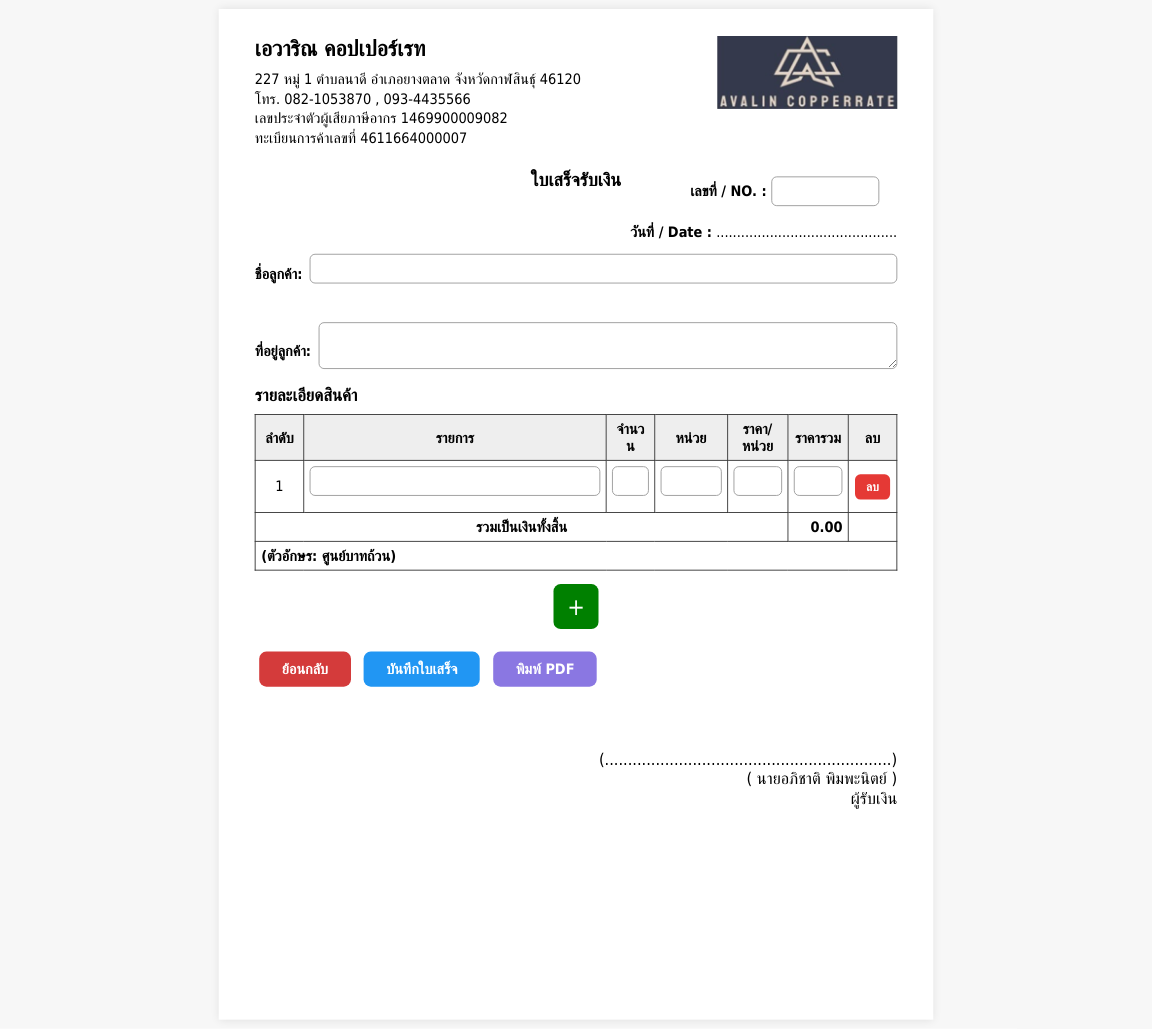
Repository: Hermesmercury88/shop_it
Page: quotation.html
An editor plug-in stored every save of this project. The page is shown before and after a run of saves, followed by the edit.
The browser window is 1280 px wide. The pictures show the whole page, at 90% of full size.
Some web fonts or font styles are not loaded; a fallback is used.

Above is the page before, as saved 2025-09-21 10:29:23.

### quotation.html
<!DOCTYPE html>
<html lang="th">
<head>
<meta charset="UTF-8">
<title>ใบเสร็จรับเงิน</title>
<link href="css/quotation.css" rel="stylesheet">
<style>
/* ตาราง */
table { border-collapse: collapse; width: 100%; }
table, th, td { border: 1px solid #000; }
th, td { padding: 5px; text-align: center; }
tfoot td { font-weight: bold; }

/* ปุ่ม */
.add-btn, .remove-btn { cursor: pointer; }

/* ปรับแถวรวม */
tfoot .total-row td { border-top: 1px solid #000; }
tfoot .total-row td:first-child { border-right: 1px solid #000; }
</style>
</head>
<body>
<div class="container" id="receiptContent">

    <!-- ส่วนหัว -->
    <div class="header-info">
        <div class="company">
            <h2>เอวาริณ คอปเปอร์เรท</h2>
            <p>227 หมู่ 1 ตำบลนาดี อำเภอยางตลาด จังหวัดกาฬสินธุ์ 46120</p>
            <p>โทร. 082-1053870 , 093-4435566</p>
            <p>เลขประจำตัวผู้เสียภาษีอากร 1469900009082</p>
            <p>ทะเบียนการค้าเลขที่ 4611664000007</p>
        </div>
        <div class="logo">
            <img src="./pic/logo.png" alt="logo">
        </div>
    </div>

    <!-- ฟอร์ม -->
    <form action="http://localhost/shop/save.php" method="post" id="receiptForm">

        <div class="doc-title">
            <h2>ใบเสร็จรับเงิน</h2>
            <div class="doc-info">
                <label>เลขที่ / NO. : <input type="text" name="order_no" required></label>
                <span><b>วันที่ / Date :</b> ............................................</span>
            </div>
        </div>

        <div class="customer-info">
            <label>ชื่อลูกค้า: <input type="text" name="customer_name" required></label><br>
            <label>ที่อยู่ลูกค้า: <textarea name="customer_address" rows="2" required></textarea></label>
        </div>

        <h3>รายละเอียดสินค้า</h3>
        <table id="itemsTable">
            <thead>
                <tr>
                    <th>ลำดับ</th>
                    <th>รายการ</th>
                    <th>จำนวน</th>
                    <th>หน่วย</th>
                    <th>ราคา/หน่วย</th>
                    <th>ราคารวม</th>
                    <th>ลบ</th>
                </tr>
            </thead>
            <tbody>
                <tr>
                    <td>1</td>
                    <td><input type="text" name="item_name[]"></td>
                    <td><input type="number" name="qty[]" class="qty"></td>
                    <td><input type="text" name="unit[]"></td>
                    <td><input type="number" name="price[]" class="price"></td>
                    <td><input type="text" name="total[]" class="total" readonly></td>
                    <td><button type="button" class="remove-btn">ลบ</button></td>
                </tr>
            </tbody>
            <tfoot>
                <!-- รวมเป็นเงินทั้งสิ้น -->
                 <tr>
                    <td colspan="5" style="text-align:center;font-weight:bold;">รวมเป็นเงินทั้งสิ้น</td>
                    <td style="text-align:right;font-weight:bold;">
                        <span id="grandTotalDisplay">0.00</span>
                    </td>
                    <td></td>
                </tr>
                <!-- ตัวอักษร -->
                 <tr>
                    <td colspan="7" style="text-align:left;font-weight:bold;">
                        (ตัวอักษร: <span id="thaiTextDisplay">ศูนย์บาทถ้วน</span>)
                    </td>
                </tr>
            </tfoot>
        </table>

        <input type="hidden" name="grand_total" id="grand_total_input">

        <button type="button" class="add-btn">+</button>
        <button type="button" class="button btn-back" onclick="window.location.href='index.html'">ย้อนกลับ</button>
        <button type="submit" class="button btn-save">บันทึกใบเสร็จ</button>
        <button type="button" class="button btn-print" onclick="printPDF()">พิมพ์ PDF</button>
    </form>

    <div class="signature">
        <p>(..............................................................)<br>( นายอภิชาติ พิมพะนิตย์ )<br>ผู้รับเงิน</p>
    </div>
</div>

<script>
// แปลงตัวเลขเป็นภาษาไทย
function numberToThaiText(number) {
    const txtnum = ["ศูนย์","หนึ่ง","สอง","สาม","สี่","ห้า","หก","เจ็ด","แปด","เก้า"];
    const txtdigit = ["","สิบ","ร้อย","พัน","หมื่น","แสน","ล้าน"];
    if(number === 0) return "ศูนย์บาทถ้วน";
    let bahtText = "";
    let numStr = number.toFixed(2).toString();
    let [intPart, decPart] = numStr.split(".");
    let intLen = intPart.length;

    for(let i=0; i<intLen; i++){
        let n = parseInt(intPart.charAt(i));
        let pos = intLen - i - 1;
        if(n!==0){
            if(pos==1 && n==1) bahtText += "สิบ";
            else if(pos==1 && n==2) bahtText += "ยี่สิบ";
            else if(pos==0 && n==1 && intLen>1) bahtText += "เอ็ด";
            else bahtText += txtnum[n] + (pos>0?txtdigit[pos]:"");
        }
    }
    bahtText += "บาท";
    if(decPart=="00") bahtText += "ถ้วน";
    else {
        let d1 = parseInt(decPart.charAt(0));
        let d2 = parseInt(decPart.charAt(1));
        if(d1!=0){
            if(d1==1) bahtText += "สิบ";
            else if(d1==2) bahtText += "ยี่สิบ";
            else bahtText += txtnum[d1]+"สิบ";
        }
        if(d2!=0){
            if(d2==1) bahtText += "เอ็ดสตางค์";
            else bahtText += txtnum[d2]+"สตางค์";
        }
    }
    return bahtText;
}

// คำนวณราคารวม
function calculateTotals() {
    let qtys = document.querySelectorAll(".qty");
    let prices = document.querySelectorAll(".price");
    let totals = document.querySelectorAll(".total");
    let grandTotal = 0;

    qtys.forEach((qty, i) => {
        let q = parseFloat(qty.value) || 0;
        let p = parseFloat(prices[i].value) || 0;
        let sum = q * p;
        totals[i].value = sum.toFixed(2);
        grandTotal += sum;
    });

    // แสดงผลรวม
    document.getElementById("grandTotalDisplay").innerText = grandTotal.toFixed(2);
    document.getElementById("grand_total_input").value = grandTotal.toFixed(2);

    // แสดงตัวอักษร
    document.getElementById("thaiTextDisplay").innerText = numberToThaiText(grandTotal);
}

// event คำนวณอัตโนมัติ
document.addEventListener("input", function(e){
    if(e.target.classList.contains("qty") || e.target.classList.contains("price")){
        calculateTotals();
    }
});

// เพิ่มแถวสินค้า
document.querySelector(".add-btn").addEventListener("click", function(){
    let table = document.getElementById("itemsTable").getElementsByTagName("tbody")[0];
    let rowCount = table.rows.length;
    let row = table.insertRow();
    row.innerHTML = `
        <td>${rowCount+1}</td>
        <td><input type="text" name="item_name[]"></td>
        <td><input type="number" name="qty[]" class="qty"></td>
        <td><input type="text" name="unit[]"></td>
        <td><input type="number" name="price[]" class="price"></td>
        <td><input type="text" name="total[]" class="total" readonly></td>
        <td><button type="button" class="remove-btn">ลบ</button></td>
    `;
});

// ลบแถวสินค้า
document.getElementById("itemsTable").addEventListener("click", function(e){
    if(e.target.classList.contains("remove-btn")){
        let row = e.target.closest("tr");
        row.parentNode.removeChild(row);
        calculateTotals();
        let rows = document.querySelectorAll("#itemsTable tbody tr");
        rows.forEach((r, i) => r.cells[0].innerText = i+1);
    }
});

// ปุ่มพิมพ์ PDF
function printPDF() {
    window.print();
}
</script>
</body>
</html>

### css/quotation.css
@font-face {
    font-family: "TH SarabunPSK";
    src: url("./fonts/THSarabunPSK.woff2") format("woff2"),
         url("./fonts/THSarabunPSK.woff") format("woff"),
         url("./fonts/THSarabunPSK.ttf") format("truetype");
    font-weight: normal;
    font-style: normal;
}

/* รีเซ็ต */
* {
    margin: 0;
    padding: 0;
    box-sizing: border-box;
    font-family: "TH SarabunPSK", Tahoma, sans-serif;
}

body {
    background: #f7f7f7;
    padding: 10px;
    display: flex;
    justify-content: center;
}

.container {
    background: #fff;
    width: 210mm;       /* กำหนดตรง A4 */
    min-height: 297mm;  /* ความสูง A4 */
    padding: 30px 40px;
    box-shadow: 0 0 10px rgba(0,0,0,0.1);
}

/* ส่วนหัว */
.header-info {
    display: flex;
    justify-content: space-between;
    margin-bottom: 22px;
}

.company {
    width: 65%;
    text-align: left;
}

.company h1 {
    font-size: 30px;
    margin-bottom: 10px;
}

.company h2 {
    font-size: 24px;
    margin-bottom: 10px;
}

.company p {
    font-size: 16px;
    margin: 3px 0;
}

.logo {
    text-align: left;
    margin-bottom: 20px;
}

.logo img {
    width: 200px;
    height: auto;
    display: block;
}

/* หัวใบเสร็จ */
.doc-title {
    text-align: center;
    margin: 20px 0 70px;
    position: relative;
}

.doc-title h2 {
    font-size: 20px;
    font-weight: bold;
}

.doc-info {
    position: absolute;
    right: 0;
    top: 0;
    font-size: 20px;
    text-align: right;
}

.doc-info span {
    display: block;
    margin: 3px 0;
}

.doc-info label,
.doc-info span {
    font-size: 16px;
}

/* เลขที่/NO ให้อยู่บรรทัดเดียวกับ input */
.doc-info label {
  display: inline-block;
  font-weight: bold;
  margin-right: 20px;
}

.doc-info input[type="text"] {
  width: 120px;
  display: inline-block;
}

/* ลูกค้าและที่อยู่ต่อท้าย label */
.customer-info label {
  display: flex;
  align-items: center;
  margin: 6px 0;
  font-weight: bold;
}

.customer-info input,
.customer-info textarea {
  margin-left: 8px;
  flex: 1;
}

/* รวมเป็นเงินทั้งสิ้น */
tfoot td {
  border: 1px solid #333;
}


/* ฟอร์ม */
label {
  font-size: 16px;
  font-weight: bold;
  display: block;
  margin: 8px 0 4px;
}

input[type="text"], textarea, input[type="number"] {
  font-size: 16px;
  padding: 6px;
  border: 1px solid #999;
  border-radius: 6px;
  width: 100%;
  margin-bottom: 12px;
}

/* ตาราง */
table {
  width: 100%;
  border-collapse: collapse;
  margin-top: 10px;
  table-layout: fixed; /* ใช้ความกว้างตามที่กำหนด */
}

table th, table td {
  border: 1px solid #333;
  padding: 6px;
  text-align: center;
  word-wrap: break-word; /* ตัดบรรทัดอัตโนมัติ */
}

table th {
  background: #eee;
  font-weight: bold;
}

/* กำหนดสัดส่วนคอลัมน์ */
table th:nth-child(1), table td:nth-child(1) { width: 8%; }   /* ลำดับ */
table th:nth-child(2), table td:nth-child(2) { width: 50%; }  /* รายการ (กว้างสุด) */
table th:nth-child(3), table td:nth-child(3) { width: 8%; }  /* จำนวน */
table th:nth-child(4), table td:nth-child(4) { width: 12%; }  /* หน่วย */
table th:nth-child(5), table td:nth-child(5) { width: 10%; }  /* ราคา/หน่วย */
table th:nth-child(6), table td:nth-child(6) { width: 10%; }  /* ราคารวม */
table th:nth-child(7), table td:nth-child(7) { width: 8%; }  /* ลบ */

/* ปุ่ม */
.button {
  display: inline-block;
  font-size: 16px;
  font-weight: bold;
  padding: 10px 25px;
  margin: 10px 5px;
  border: none;
  border-radius: 8px;
  cursor: pointer;
  color: white;
}

.btn-back { background: #d43b3b; }
.btn-save { background: #2196F3; }
.btn-print { background: #8a77e2; }

.add-btn {
  display: block;
  margin: 15px auto;
  width: 50px;
  height: 50px;
  font-size: 26px;
  background: green;
  color: white;
  border: none;
  border-radius: 8px;
  cursor: pointer;
}

/* ปุ่มลบ */
.remove-btn {
  background-color: #e53935;
  color: white;
  border: none;
  padding: 6px 12px;
  border-radius: 6px;
  cursor: pointer;
  font-weight: bold;
}

.remove-btn:hover {
  background-color: #ef5350;
}

/* รวมเงิน */
.grand-total {
  text-align: right;
  font-weight: bold;
  font-size: 18px;
  margin-top: 15px;
}

/* ลายเซ็น */
.signature {
  margin-top: 60px;
  text-align: right;
  font-size: 18px;
}

@media print {
  #thaiTextDisplay {
    display: inline-block !important;   /* ให้ span แสดงแน่นอน */
    font-weight: bold !important;
    font-size: 16px !important;
    color: #000 !important;
    text-align: center !important;
  }

  /* ซ่อนปุ่มทั้งหมด */
  .button, .add-btn, .remove-btn {
    display: none !important;
  }

  /* ซ่อนคอลัมน์ลบในตาราง */
  th:last-child, td:last-child {
    display: none !important;
  }

  input, textarea {
    border: none !important;
    outline: none !important;
    background: transparent !important;
    pointer-events: none;
    font-size: 14px;
    font-family: "TH SarabunPSK", sans-serif;
    color: #000;
  }

  input::placeholder, textarea::placeholder {
    color: transparent !important;
  }

  body {
    background: none !important;
    padding: 0 !important;
  }

  .container {
    box-shadow: none !important;
    margin: 0 auto !important;
    width: 210mm !important;
    min-height: 250mm !important;
    background: #fff !important;
  }

  @page {
    size: A4 portrait;
    margin: 15mm;
  }
}

@media print {
    /* แสดง span ของตัวอักษรให้ชัดเจน */
    #thaiTextDisplay {
        display: inline-block !important;
        font-weight: bold !important;
        font-size: 16px !important;
        color: #000 !important;        /* ต้องบังคับสี */
        text-align: center !important;
    }

    /* td ที่ครอบ span */
    tfoot tr:last-child td {
        display: table-cell !important;
        text-align: center !important;
        border: none !important;       /* ไม่ต้องมีเส้นขีด */
    }
}

After the next 2 saves:
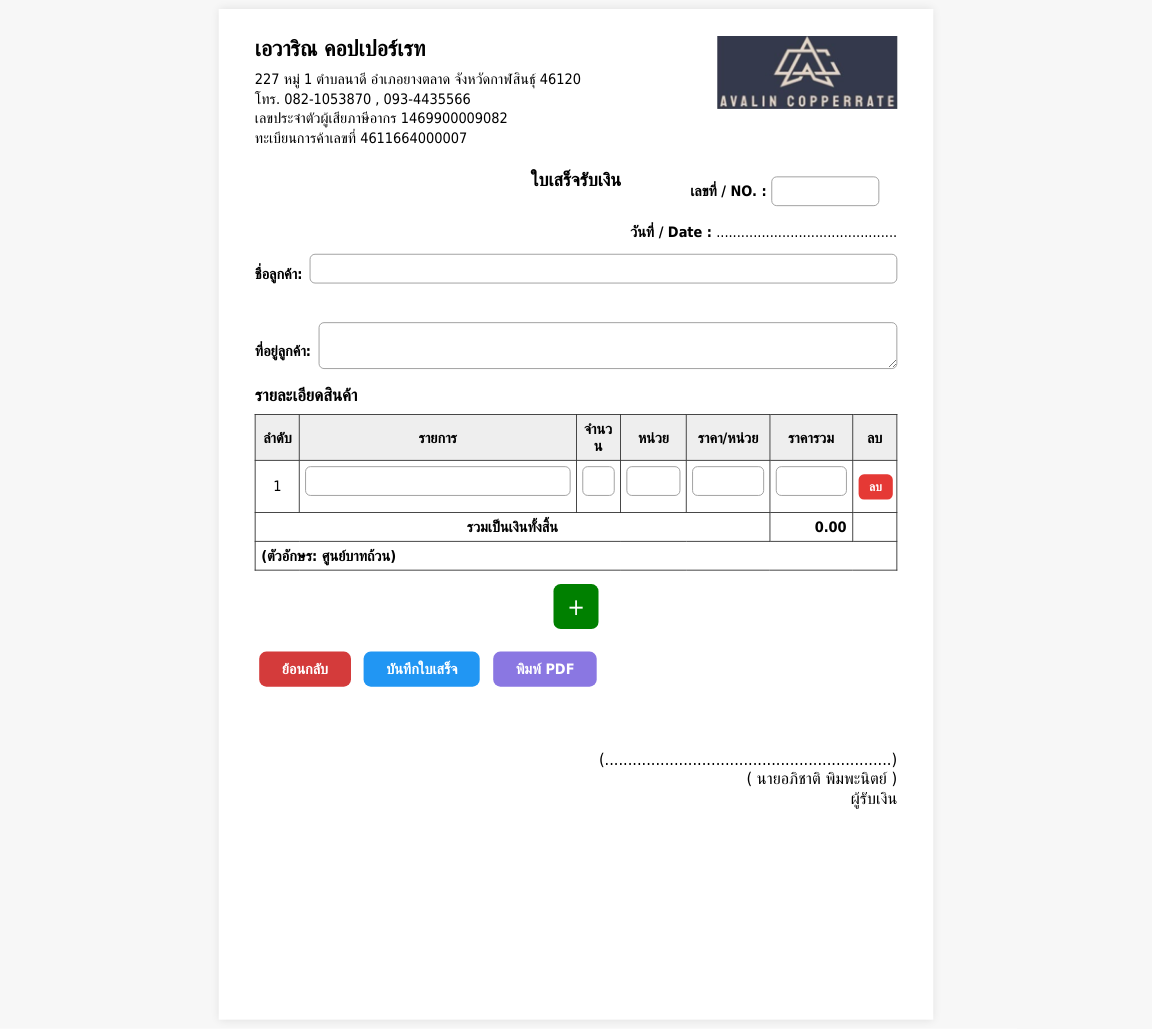
The 2 saves are shown as one change because they came seconds apart.
The last was saved 6 s later.
--- a/css/quotation.css
+++ b/css/quotation.css
@@ -172,8 +172,8 @@ table th:nth-child(1), table td:nth-child(1) { width: 8%; }   /* ลำดับ
 table th:nth-child(2), table td:nth-child(2) { width: 50%; }  /* รายการ (กว้างสุด) */
 table th:nth-child(3), table td:nth-child(3) { width: 8%; }  /* จำนวน */
 table th:nth-child(4), table td:nth-child(4) { width: 12%; }  /* หน่วย */
-table th:nth-child(5), table td:nth-child(5) { width: 10%; }  /* ราคา/หน่วย */
-table th:nth-child(6), table td:nth-child(6) { width: 10%; }  /* ราคารวม */
+table th:nth-child(5), table td:nth-child(5) { width: 15%; }  /* ราคา/หน่วย */
+table th:nth-child(6), table td:nth-child(6) { width: 15%; }  /* ราคารวม */
 table th:nth-child(7), table td:nth-child(7) { width: 8%; }  /* ลบ */
 
 /* ปุ่ม */
